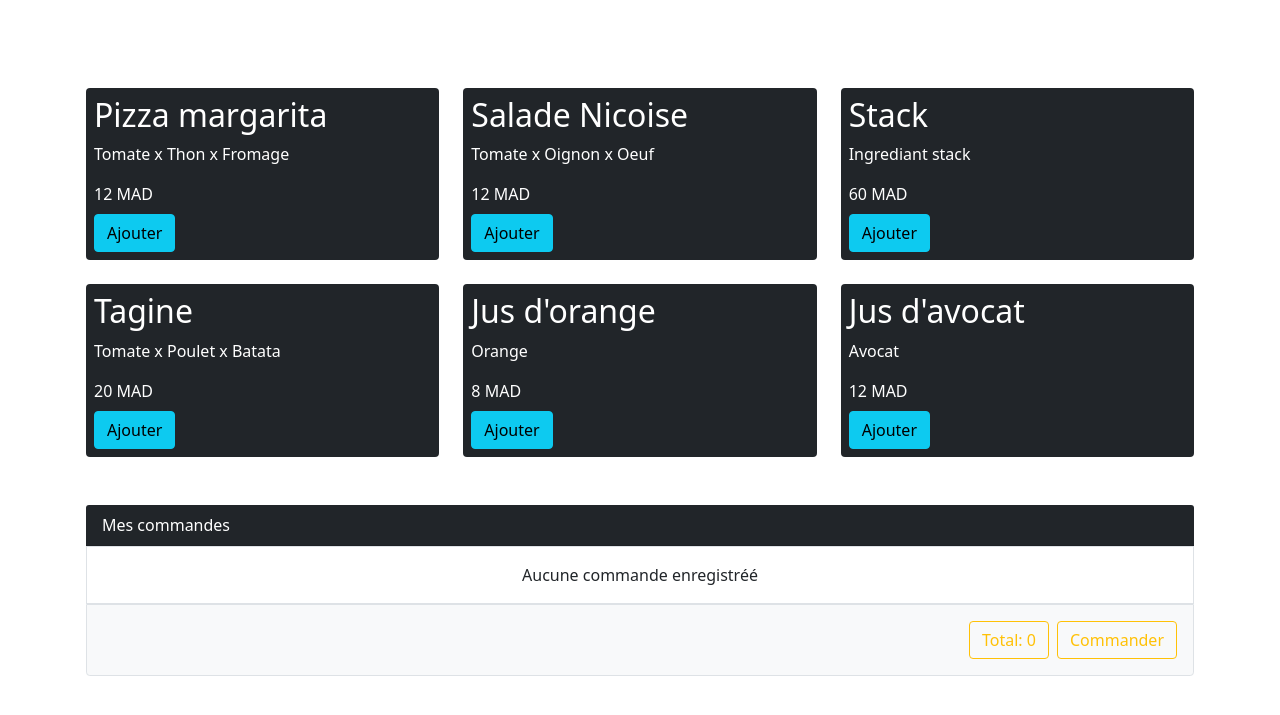
Repository: FS-23/my-restaurant
Page: /
An editor plug-in stored every save of this project. The page is shown before and after the next save, followed by the edit.
The browser window is 1280 px wide. The pictures show the whole page.
The project was rebuilt for these pictures with package versions that can differ from the ones it lists, and the page was loaded fresh each time.

Above is the page before, as saved 2022-04-29 14:50:06.

After the next save:
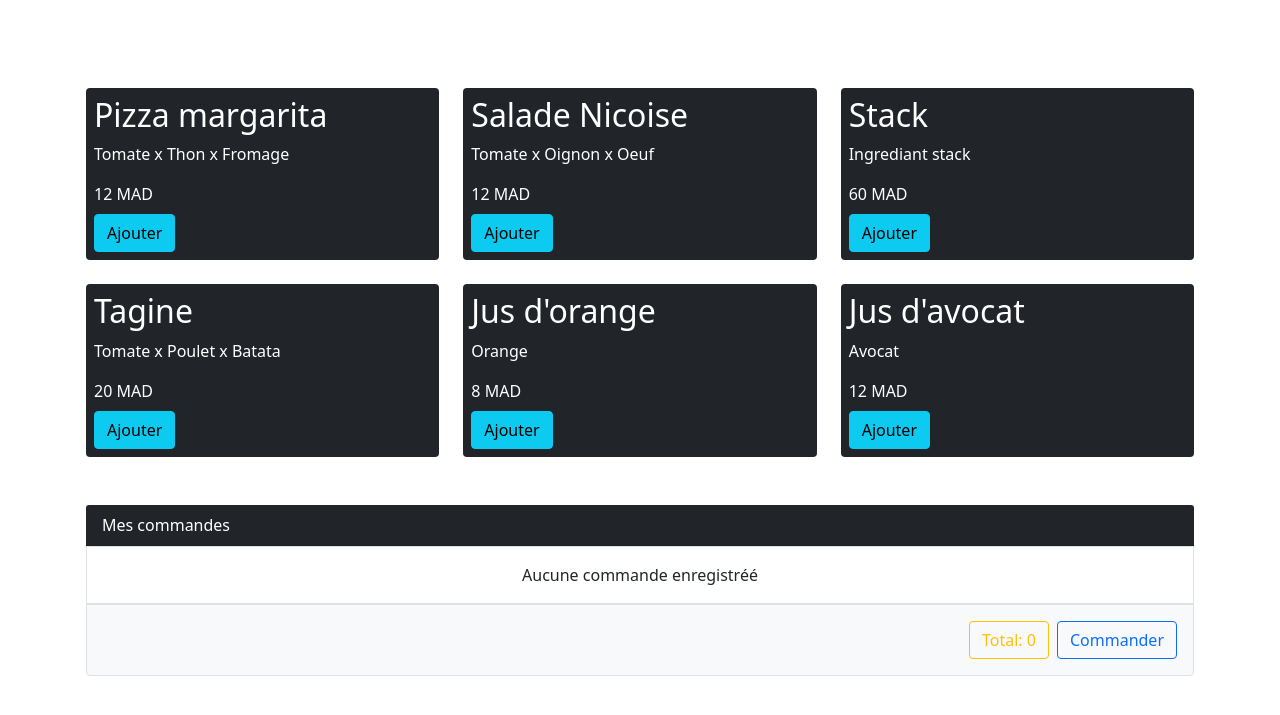
Saved 7 s later.
--- a/src/components/Menu.js
+++ b/src/components/Menu.js
@@ -57,7 +57,7 @@ function Menu(){
                              <button className="btn btn-outline-warning" >
                                   Total: {totalPrice}
                              </button>
-                             <button className="btn btn-outline-warning" >
+                             <button className="btn btn-outline-primary" >
                                   Commander
                              </button>
                   </div>
